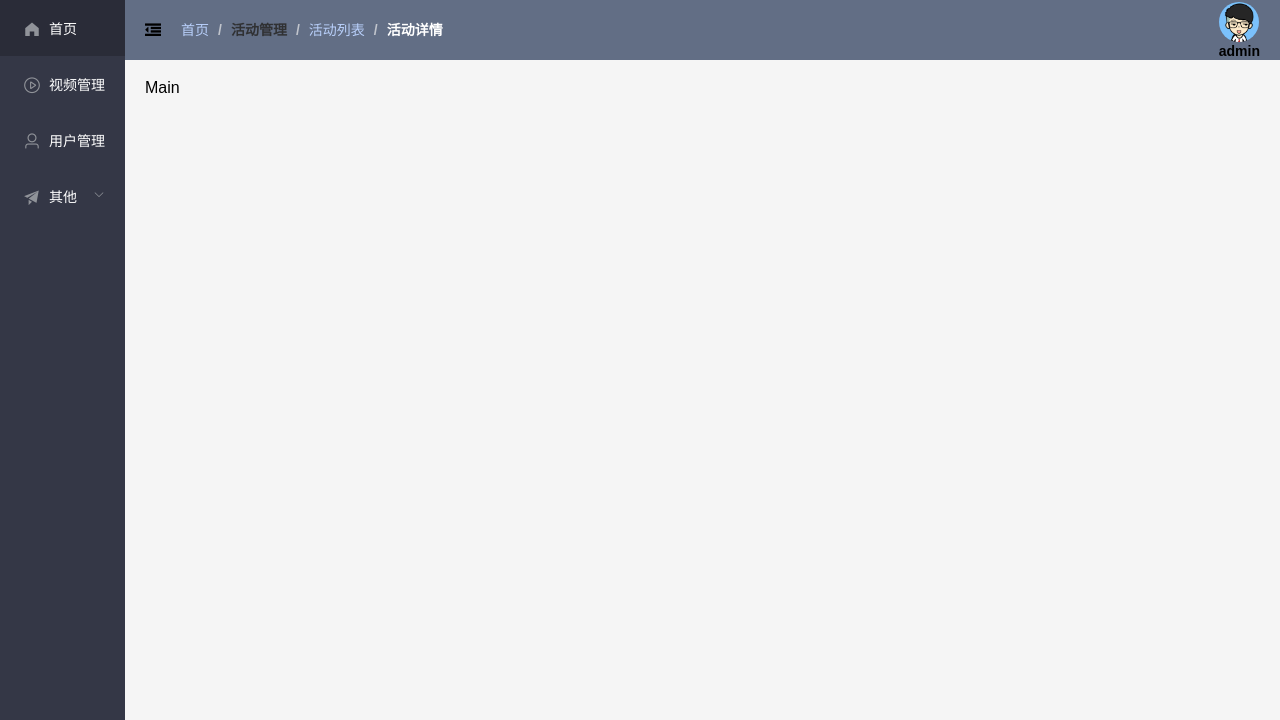
Repository: coWhy/vue-manage
Page: /
The author's editor kept a copy of each file at every save. The page is drawn from the files as they stood at one save, then again after the next save.
The browser window is 1280 px wide. The pictures show the whole page.
The project was rebuilt for these pictures with package versions that can differ from the ones it lists, and the page was loaded fresh each time. Also part of the build but not shown: vue.config.js.

Above is the page before, as saved 2020-04-13 16:25:51.

### src/main.js
import Vue from 'vue'
import App from './App.vue'
import router from './router'
import store from './store'
import '@/assets/scss/reset.scss'
import ElementUI from 'element-ui'
import 'element-ui/lib/theme-chalk/index.css'
import '@/assets/font-awesome-4.7.0/css/font-awesome.css'
Vue.config.productionTip = false

console.log(
  `当前所处开发环境:【${process.env.NODE_ENV}】| 路由为: 【${process.env.VUE_APP_URL}】`
)
Vue.use(ElementUI)
new Vue({
  router,
  store,
  render: h => h(App)
}).$mount('#app')

### src/App.vue
<template>
  <div id="app">
    <router-view />
  </div>
</template>

<style lang="scss">
#app {
  // color: $theme-color;
  height: 100vh;
}
</style>

### src/router/index.js
import Vue from 'vue'
import VueRouter from 'vue-router'
//
const originalPush = VueRouter.prototype.push
VueRouter.prototype.push = function push(location) {
  return originalPush.call(this, location).catch(err => err)
}
Vue.use(VueRouter)

const routes = [
  {
    path: '/',
    component: () => import('@/views/layout/index')
  }
]

const router = new VueRouter({
  routes
})

export default router

### src/store/index.js
import Vue from 'vue'
import Vuex from 'vuex'
import tag from './modules/tag'
Vue.use(Vuex)

export default new Vuex.Store({
  state: {},
  mutations: {},
  actions: {},
  modules: {
    tag
  }
})

### src/assets/scss/_variable.scss
// 全局配置样式 修改主题颜色
$theme-color: #33aef0;

### src/views/layout/index.vue
<template>
  <el-container class="container">
    <!-- 左侧菜单栏 -->
    <el-aside width="auto">
      <common-aside></common-aside>
    </el-aside>
    <el-container>
      <!-- 头部 -->
      <el-header class="header">
        <common-header></common-header>
      </el-header>
      <!-- Tab标签 -->
      <!-- <common-tab class="tab"></common-tab> -->
      <!-- 主体 -->
      <el-main>
        Main
        <!-- <router-view></router-view> -->
      </el-main>
    </el-container>
  </el-container>
</template>

<script>
import CommonAside from './components/aside/index'
import CommonHeader from './components/header/index'
export default {
  components: {
    CommonAside,
    CommonHeader
  }
}
</script>

<style lang="scss" scoped>
.container {
  height: 100%;
}
.header {
  background-color: #626e85; // 头部背景色
  width: 100%;
}
.main {
  padding-top: 0;
}
</style>

### src/store/modules/tag.js
export default {
  state: {},
  mutations: {},
  actions: {},
  modules: {}
}

### src/views/layout/components/aside/index.vue
<template>
  <el-menu
    default-active="2"
    class="el-menu-vertical-demo"
    :background-color="asideSetting.bgColor"
    :text-color="asideSetting.texteColor"
    :active-text-color="asideSetting.activeTextColor"
  >
    <!-- 这是没有子级菜单的
    handleClickMenu(item) 将选中的菜单元素存入store中的menu 用于tab使用
    由于 分两种情况 所以 下面两种 都需要加上handleClickMenu 事件
    v-for="item in noChildrenList" 遍历元素列表
    :index="item.path"  路由相关
    :key="item.title" 索引 避免重复
    -->
    <!-- noChildrenList -->
    <el-menu-item
      :index="item.path"
      v-for="item in noChildrenList"
      :key="item.title"
    >
      <i :class="item.icon"></i>
      <span slot="title">{{ item.title }}</span>
    </el-menu-item>
    <!-- hasChildrenList -->
    <el-submenu
      :index="item.title"
      v-for="item in hasChildrenList"
      :key="item.title"
    >
      <template slot="title">
        <i :class="item.icon"></i>
        <span slot="title">{{ item.title }}</span>
      </template>
      <el-menu-item-group>
        <el-menu-item
          :index="subItem.path"
          v-for="subItem in item.children"
          :key="subItem.title"
        >
          <i :class="subItem.icon"></i>
          <span slot="title">{{ subItem.title }}</span>
        </el-menu-item>
      </el-menu-item-group>
    </el-submenu>
  </el-menu>
</template>

<script>
export default {
  computed: {
    noChildrenList() {
      // asideMenuList 没有 子级菜单
      return this.asideMenuList.filter(item => !item.children)
    },
    hasChildrenList() {
      // asideMenuList 有 子级菜单
      return this.asideMenuList.filter(item => item.children)
    }
  },
  data() {
    return {
      asideSetting: {
        bgColor: '#343746', // 侧边栏背景颜色
        activeTextColor: '#4ffffb', // 选中字体的颜色
        texteColor: '#fff' // 默认字体颜色
      },
      //侧边栏菜单列表
      asideMenuList: [
        {
          path: '/',
          name: 'home',
          title: '首页',
          icon: 'el-icon-s-home'
        },
        {
          path: '/video',
          name: 'video',
          title: '视频管理',
          icon: 'el-icon-video-play'
        },
        {
          path: '/user',
          name: 'user',
          title: '用户管理',
          icon: 'el-icon-user'
        },
        {
          title: '其他',
          icon: 'el-icon-s-promotion',
          children: [
            {
              path: '/page1',
              name: 'page1',
              title: '页面1',
              icon: 'el-icon-setting'
            },
            {
              path: '/page2',
              name: 'page2',
              title: '页面2',
              icon: 'el-icon-setting'
            }
          ]
        }
      ]
    }
  }
}
</script>

<style lang="scss" scoped>
.el-menu {
  // 菜单占满容器
  height: 100%;
  border: none;
}
</style>

### src/views/layout/components/header/index.vue
<template>
  <header class="header">
    <div class="l-content">
      <!-- 折叠标签 可以折叠左侧菜单栏 折叠：fa fa-outdent 展开： fa fa-indent -->
      <i class="fa fa-outdent" aria-hidden="true"></i>
      <!-- 面包屑导航 -->
      <el-breadcrumb separator="/">
        <el-breadcrumb-item :to="{ path: '/' }">首页</el-breadcrumb-item>
        <el-breadcrumb-item><a href="/">活动管理</a></el-breadcrumb-item>
        <el-breadcrumb-item>活动列表</el-breadcrumb-item>
        <el-breadcrumb-item>活动详情</el-breadcrumb-item>
      </el-breadcrumb>
    </div>
    <!-- 用户部分 头像 下拉菜单 等 -->
    <div class="r-content">
      <el-dropdown trigger="click" size="mini">
        <span class="el-dropdown-link">
          <!-- 用户头像 和 用户名 动态获取 -->
          <img :src="userInfo.avatar" class="avatar" />
          <span class="name">{{ userInfo.username }}</span>
        </span>
        <el-dropdown-menu slot="dropdown">
          <el-dropdown-item>个人中心</el-dropdown-item>
          <el-dropdown-item>退出登录</el-dropdown-item>
        </el-dropdown-menu>
      </el-dropdown>
    </div>
  </header>
</template>

<script>
export default {
  data() {
    return {
      // 用户信息
      userInfo: {
        username: 'admin', // 用户名
        avatar: require('@/assets/images/user.png') // 用户头像
      }
    }
  }
}
</script>

<style lang="scss" scoped>
.header {
  display: flex;
  height: 100%;
  align-items: center;
  justify-content: space-between;
}
.l-content {
  // width: 380;
  display: flex;
  align-items: center;
  i {
    margin-right: 20px;
  }
  justify-content: space-between;
}
.r-content {
  .avatar {
    width: 40px;
    height: 40px;
    border-radius: 50%;
  }
  .name {
    display: flex;
    height: 100%;
    color: black;
    font-weight: bolder;
    align-items: center;
  }
}
</style>
<style lang="scss">
.el-breadcrumb__item {
  .el-breadcrumb__inner {
    color: #b9d0fb;
    font-weight: normal;
  }
  &:last-child {
    .el-breadcrumb__inner {
      color: #ffffff;
      font-weight: bolder;
    }
  }
}
</style>

Loaded but not shown: public/index.html (common file); src/assets/scss/reset.scss (common file); src/assets/font-awesome-4.7.0/css/font-awesome.css (library)

After the next save:
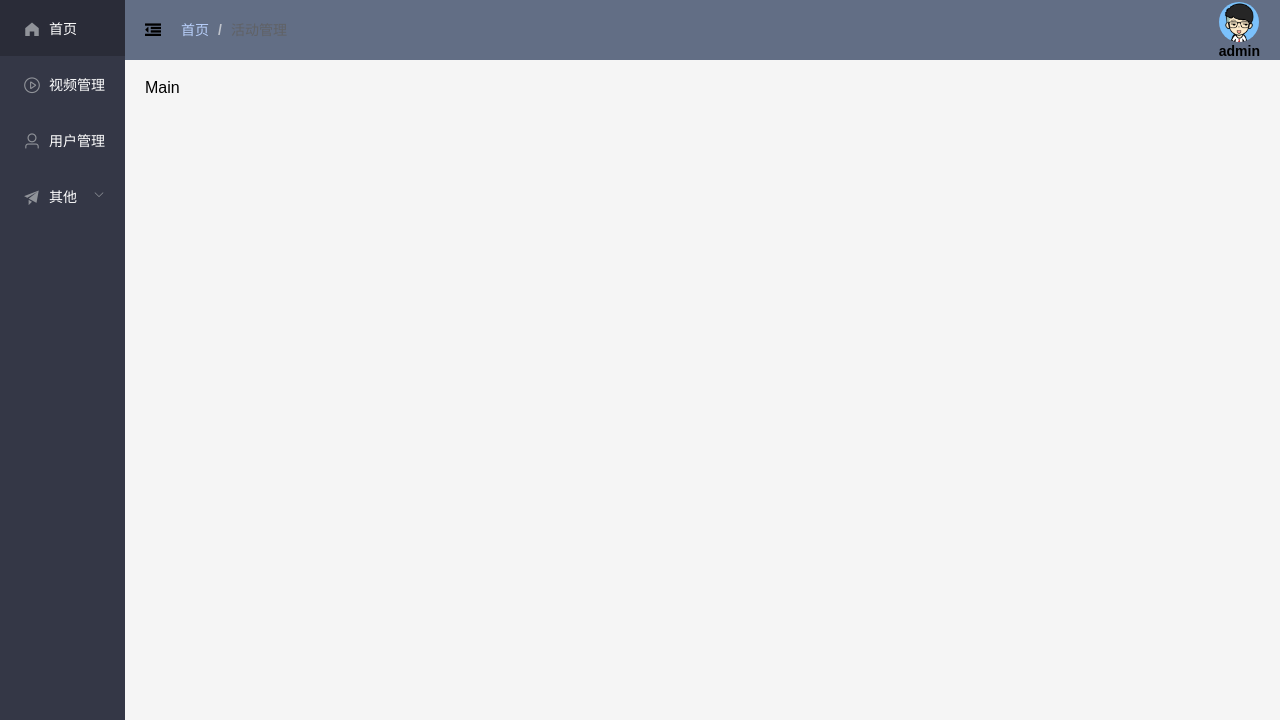
Saved 46 s later.
--- a/src/views/layout/components/header/index.vue
+++ b/src/views/layout/components/header/index.vue
@@ -7,8 +7,6 @@
       <el-breadcrumb separator="/">
         <el-breadcrumb-item :to="{ path: '/' }">首页</el-breadcrumb-item>
         <el-breadcrumb-item><a href="/">活动管理</a></el-breadcrumb-item>
-        <el-breadcrumb-item>活动列表</el-breadcrumb-item>
-        <el-breadcrumb-item>活动详情</el-breadcrumb-item>
       </el-breadcrumb>
     </div>
     <!-- 用户部分 头像 下拉菜单 等 -->
